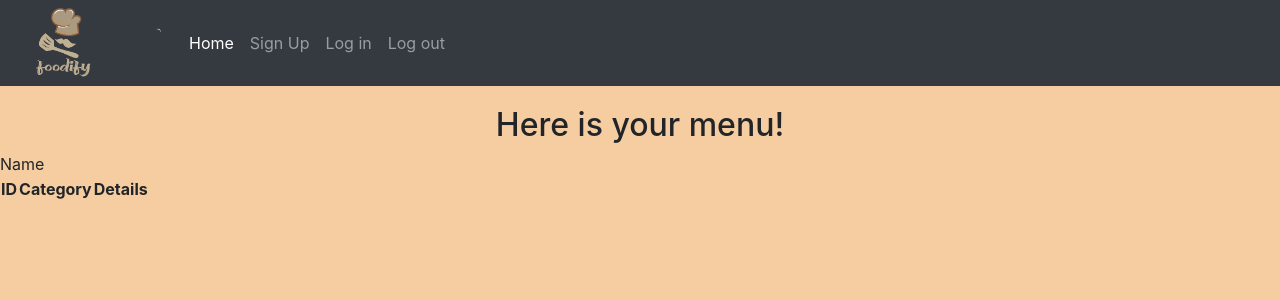
Repository: RanaHisham18/Foodify-Web-App
Page: Project IA raghda/usermenu.html
These files come from the project's save history. The page is drawn as it stood at one moment and after the next save; the edit follows.
The browser window is 1280 px wide. The pictures show the whole page.

Above is the page before, as saved 2022-01-06 18:23:15.

### Project IA raghda/usermenu.html
<!DOCTYPE html>
<html lang="en">
<head>
    <meta charset="UTF-8">
    <meta http-equiv="X-UA-Compatible" content="IE=edge">
    <meta name="viewport" content="width=device-width, initial-scale=1.0">
    <link rel="stylesheet" href="https://maxcdn.bootstrapcdn.com/bootstrap/4.0.0/css/bootstrap.min.css"
     integrity="sha384-Gn5384xqQ1aoWXA+058RXPxPg6fy4IWvTNh0E263XmFcJlSAwiGgFAW/dAiS6JXm" crossorigin="anonymous">
     <link rel ="stylesheet" href="usermenu.css">
    <title>Document</title>
</head>
<body>
    <!--Navigation Bar-->
 <nav class="navbar navbar-expand-lg navbar-dark bg-dark sticky-top">
    <img class="image" src="images/foodify.png" alt="Foodify logo">

       <button class="navbar-toggler" type="button" data-bs-toggle="collapse" data-bs-target="#navbarScroll" aria-controls="navbarScroll" aria-expanded="false" aria-label="Toggle navigation">
         <span class="navbar-toggler-icon"></span>
       </button>
     <div class="container-fluid">
         <div class="collapse navbar-collapse" id="navbarScroll">
           <ul class="navbar-nav me-auto my-2 my-lg-0 navbar-nav-scroll" style="--bs-scroll-height: 100px;">
             <li class="nav-item">
               <a class="nav-link active" aria-current="page" href="home.php">Home</a>
             </li>
             <li class="nav-item">
               <a class="nav-link" href="register.php">Sign Up</a>
             </li>
             <li class="nav-item">
               <a class="nav-link" href="login.php">Log in</a>
             </li>
             <li class="nav-item">
               <a class="nav-link" href="login.php">Log out</a>

             </li>
           </ul>

         </div>
       </div>
   </nav>

   <h2>Here is your menu!</h2>

   <table>
<tr>
    <tr>Name</tr>
    <th>ID</th>
    <th>Category</th>
    <th>Details</th>
</tr>

   </table>
</body>
</html>

### Project IA raghda/usermenu.css
.image{
    cursor: pointer;
    height:70px;
     width:130px;
    margin-left: 20px;
  }
  .scroll{
      margin-top:200px;
      margin-left:50px;
  }
body
{
    background-color: #f5cda0;
}
h2{
    text-align: center;
    margin-top:  20px;
}

After the next save:
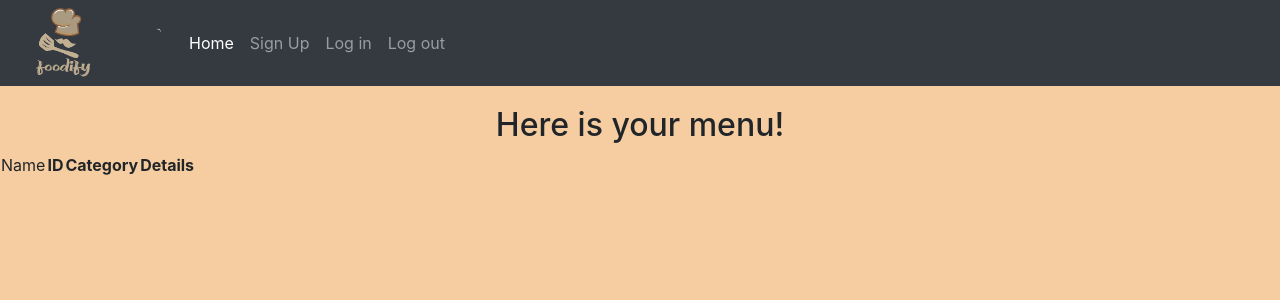
Saved 6 s later.
--- a/Project IA raghda/usermenu.html
+++ b/Project IA raghda/usermenu.html
@@ -43,7 +43,7 @@
 
    <table>
 <tr>
-    <tr>Name</tr>
+    <td>Name</td>
     <th>ID</th>
     <th>Category</th>
     <th>Details</th>
